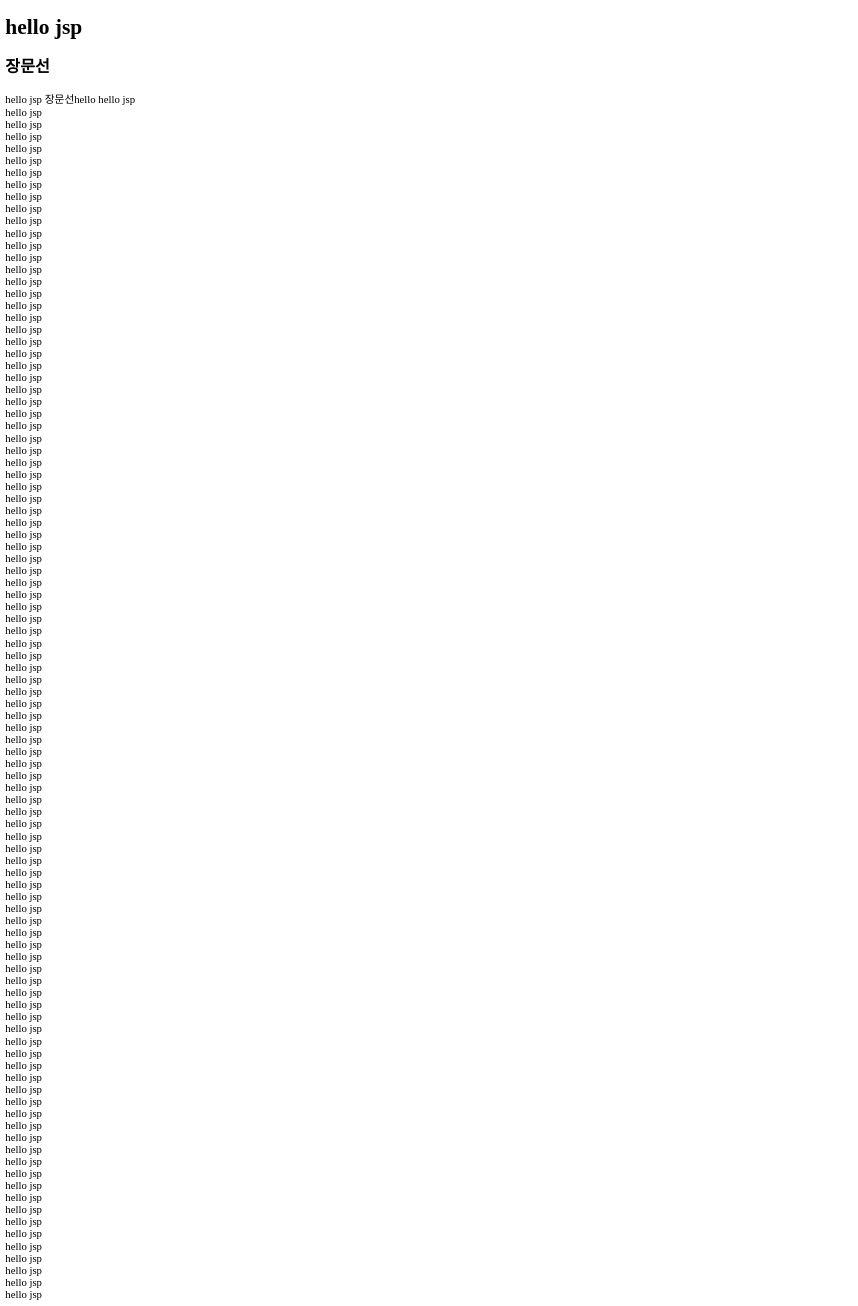
Repository: Moonsun23/jsp
Page: http://localhost/jsp01/hello.jsp
These files come from the project's save history. The page is drawn as it stood at one moment and after the next save; the edit follows.
The browser window is 1280 px wide. The pictures show the whole page, at 67% of full size.
The page is served by Tomcat 9.

Above is the page before, as saved 2023-06-02 01:17:11.

After the next save:
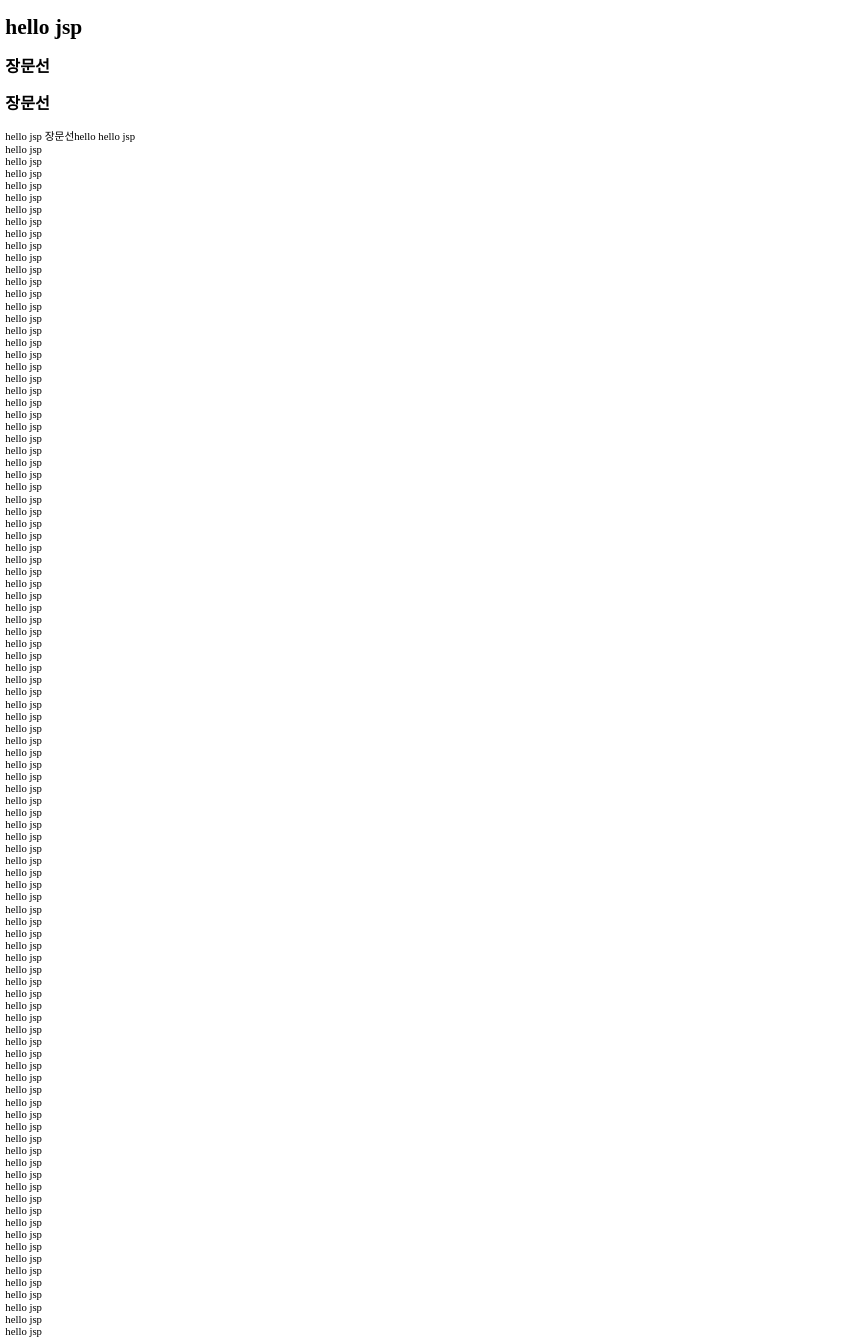
Saved 55 s later.
--- a/jsp01/src/main/webapp/hello.jsp
+++ b/jsp01/src/main/webapp/hello.jsp
@@ -16,6 +16,7 @@
 	<!-- // html 파일 안에 java code 쓰기 = jsp...!  ctrl+shift+/ -->
 	<h1>hello jsp</h1>
 	<h2><%out.println(name); %></h2>
+	<h2><%=name %></h2>
 	<% /* 자바코드 쓰는 곳 */
 	out.println("hello jsp");
 	out.println(name+msg);
